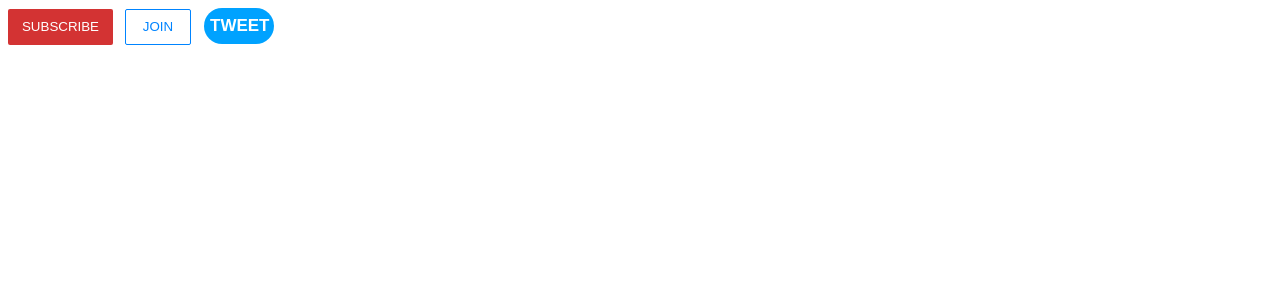
Repository: RagulRanjeeth/Frontend
Page: buttons.html
The author's editor kept a copy of each file at every save. The page is drawn from the files as they stood at one save, then again after the next save.
The browser window is 1280 px wide. The pictures show the whole page.
The pointer rests on the first visible `.subscrbeButton`.

Above is the page before, as saved 2026-01-19 14:25:03.

After the next save:
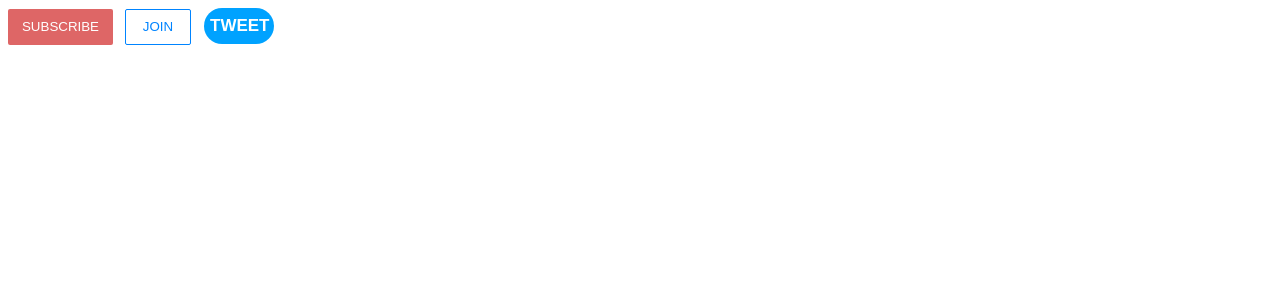
Saved 16 s later.
--- a/buttons.html
+++ b/buttons.html
@@ -12,7 +12,7 @@
     }
 
     .subscrbeButton:hover{
-        opacity: 0.8;
+        opacity: 0.6;
     }
 
     .subscrbeButton:active{
